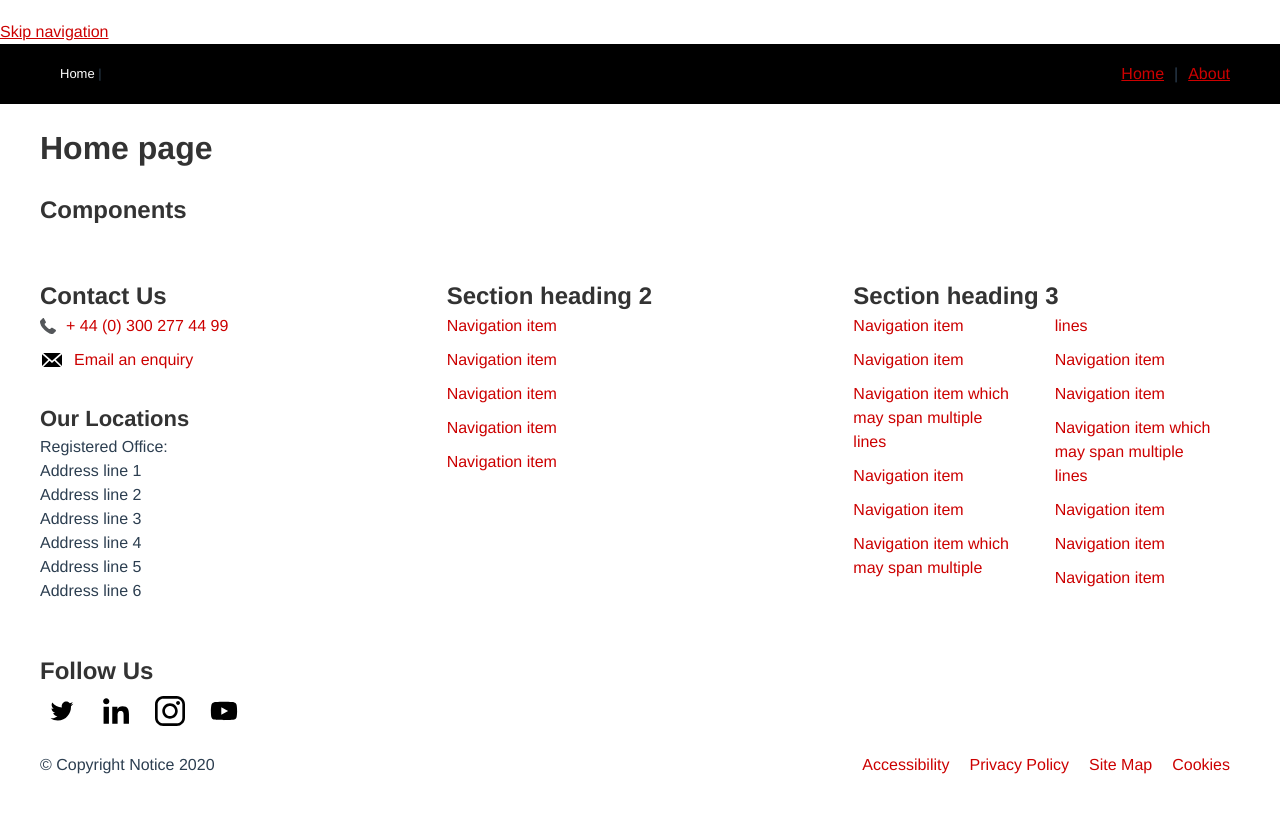
Repository: DaveBaulch/spa
Page: /
The author's editor kept a copy of each file at every save. The page is drawn from the files as they stood at one save, then again after a run of saves.
The browser window is 1280 px wide. The pictures show the whole page.
The project was rebuilt for these pictures with package versions that can differ from the ones it lists, and the page was loaded fresh each time. Also part of the build but not shown: src/assets/styles/main.css.

Above is the page before, as saved 2020-10-13 12:41:28.

### src/App.vue
<template>
  <div id="app">
    <TheSkipLink>
      <p>Skip navigation</p>
    </TheSkipLink>
    <TheHeader @sidenavToggle="displaySidenav = !displaySidenav" />
    <TheSidenav
      :show="displaySidenav"
      @close="displaySidenav = false" />
    <nuxt/>

    <router-view />

    <TheFooter />

  </div>
</template>

<script>
import TheHeader from './components/global/TheHeader.vue';
import TheSidenav from '@/components/global/TheSidenav'
import TheFooter from '@/components/global/TheFooter'
import TheSkipLink from '@/components/global/TheSkipLink'

export default {
  components: {
    TheHeader,
    TheSidenav,
    TheFooter,
    TheSkipLink
  },
  data() {
    return {
      displaySidenav: false
    }
  }
};
</script>

<style lang="scss">
#app {
  font-family: Avenir, Helvetica, Arial, sans-serif;
  -webkit-font-smoothing: antialiased;
  -moz-osx-font-smoothing: grayscale;
  text-align: left;
  color: #2c3e50;
}

#nav {
  padding: 30px;

  a {
    font-weight: bold;
    color: #2c3e50;

    &.router-link-exact-active {
      color: #42b983;
    }
  }
}
</style>

### src/assets/sass/_base-styles.scss

@import 'utilities/variables';
@import 'utilities/mixins';
@import 'utilities/animations';

@import 'base/fonts';
@import 'base/resets';
@import 'base/elements';
@import 'base/typography';
@import 'base/forms';

@import 'helpers/text';
@import 'helpers/layout';
@import 'helpers/spacing';
@import 'helpers/colors';

### src/components/global/TheHeader.vue
<template>
<div class="header-container">
  <div class="container">
    <header class="header">
      <TheSideNavToggle @toggle="$emit('sidenavToggle')" />
      <div class="logo">
        <router-link to="/">Home</router-link> |
      </div>
      <div class="navigation-items">
        <ul class="nav-list">
          <router-link to="/" class="nav-list__item">Home</router-link> |
          <router-link to="/about" class="nav-list__item">About</router-link>
        </ul>
      </div>
    </header>
  </div>
</div>
</template>

<script>
import TheSideNavToggle from "@/components/global/TheSideNavToggle";

export default {
  name: "TheHeader",
  components: {
    TheSideNavToggle
  }
};
</script>

<style scoped lang="scss">
@import '../../assets/sass/utilities/_variables.scss';
@import '../../assets/sass/utilities/_mixins.scss';


.header-container {
  width: 100%;
  height: 60px;
  background-color: $black;
  position: fixed;
  z-index: 100;

  @include breakpoint(md) {
    position: relative;
  }
}

.header {
  width: 100%;
  height: 60px;
  display: flex;
  justify-content: space-between;
  align-items: center;
  background-color: $black;
  box-sizing: border-box;
  padding: 0;
}

.logo {
  margin: 0 20px;
  font-size: 1.3rem;
}

.logo a {
  text-decoration: none;
  color: $white;
}

.navigation-items {
  display: none;

  @include breakpoint(md) {
    display: block;
  }
}


.nav-list {
  list-style: none;
  padding: 0;
  margin: 0;
  display: flex;
}

.nav-list__item {
  margin: 0 10px;
}

.nav-item a {
  text-decoration: none;
  color: $white;
}

</style>

### src/components/global/TheSidenav.vue
<template>
<div class="sidenav-container">
  <div
    v-if="show"
    class="sidenav-backdrop"
    @click="$emit('close')"></div>
  <transition name="slide-side">
    <div
      v-if="show"
      class="sidenav">
      <ul
        class="nav-list"
        @click="$emit('close')">
        <li class="nav-item"><router-link to="/">Home</router-link></li>
        <li class="nav-item"><router-link to="/about">About</router-link></li>
      </ul>
    </div>
  </transition>
</div>
</template>

<script>
export default {
  name: "TheSidenav",
  props: {
    show: {
      type: Boolean,
      default: false
    }
  }
};
</script>


<style scoped>
.sidenav-container {
  height: 100%;
  width: 100%;
}

.sidenav-backdrop {
  width: 100%;
  height: 100%;
  background-color: rgba(0, 0, 0, 0.7);
  z-index: 1000;
  position: fixed;
  top: 0;
  left: 0;
}

.sidenav {
  height: 100%;
  width: 300px;
  background-color: white;
  z-index: 10000;
  position: fixed;
  top: 0;
  left: 0;
  box-sizing: border-box;
  padding: 30px;
}

.slide-side-enter-active,
.slide-side-leave-active {
  transition: all 0.3s ease-out;
}
.slide-side-enter,
.slide-side-leave-to {
  transform: translateX(-100%);
}

.nav-list {
  list-style: none;
  padding: 0;
  margin: 0;
}

.nav-item {
  margin: 20px 0;
}

.nav-item a {
  text-decoration: none;
  color: black;
  font-size: 1.5rem;
}

.nav-item a:hover,
.nav-item a:active {
  color: red;
}
</style>

### src/components/global/TheSkipLink.vue
<template>
  <a href="#main" id="skip-navigation" class="skip-link"><slot /></a>
</template>

<style scoped lang="scss">
@import '../../assets/sass/utilities/_variables.scss';

.skip-link {
  padding: 0.5rem 1rem 1rem 1rem;
  background-color: $white;
  display: block;
  position: absolute;
  top: -100%;
  left: 2px;
  z-index: $z-index-skip-link;
  text-decoration: none !important;

  &:focus {
    top: 2px;
    transition: $transition-speed-fast ease all;
    color: $black;
  }
}

.skip-link:visited {
  color: $black;
}

### src/views/Home.vue
<template>
  <div class="container home">
    <h1>Home page</h1>

    <h2>Components</h2>


  </div>
</template>

<script>
// @ is an alias to /src
// import HelloWorld from "@/components/HelloWorld.vue";

export default {
  name: "Home",
  components: {
    // HelloWorld
  }
};
</script>

### src/assets/sass/utilities/_variables.scss
// -------------------------
// 'true' is default
//  setting this creates extra responsive classes targetting defined breakpoints
//  eg the 'visually-hidden' mixin
$responsive: true !default;

// Custom 'brand' fonts
$font: 'Open Sans', sans-serif; //Available weights 400,600,700

$font-weight-light: 400;
$font-weight-normal: 400;
$font-weight-bold: 700;

// Let's set the base font size to 62.5% (10px) for easier calculations
$base-font-size: 62.5%;
$base-line-height: 1.5 !default;

$body-font-desktop: 1.6rem; // = 16px
$body-font-mobile: 1.6rem; // = 16px

// Breakpoints
// -------------------------

// Named breakpoints
$breakpoint-xs: 320px;
$breakpoint-sm: 576px;
$breakpoint-md: 768px;
$breakpoint-lg: 992px;
$breakpoint-xl: 1200px;

$xs-min: 0;
$xs-max: ($breakpoint-sm - 1);

$sm-min: $breakpoint-sm;
$sm-max: ($breakpoint-md - 1);

$md-min: $breakpoint-md;
$md-max: ($breakpoint-lg - 1);

$lg-min: $breakpoint-lg;
$lg-max: ($breakpoint-xl - 1);

$xl-min: $breakpoint-xl;

// Colors
// -------------------------

// Base colors
$white: #fff;
$black: #000;

$grey-dark: #616161;
$grey-light: #ddd;
$grey-lighter: #eee;

$blue: #06c;
$green: #298700;
$red: #db1731;

// Background color
$body-bg-color: #fff !default;

// Brand colors
$brand-color-1: $grey-light;

// Text colors
$color-text: #333;
$color-headings: #333;
$color-error: #eee;

// Link colors
$color-link-active: #c00;
$color-link-visited: #c00;
$color-link-hover: #333;
$color-link-focus: #d4d4d4;
$color-link-disabled: #d4d4d4;

// Form colors
$color-invalid: #f0dddd;

// Borders
// -------------------------

// Border colors
$color-border: $grey-light;
$color-border-dark: $grey-dark;
$color-border-light: $grey-lighter;

// Border styling
$border-radius: 5px;
$border-width: 1px;
$border-style: solid;
$border-color: $color-border;

$border: $border-width $border-style $border-color;

// Focus state styling
$focus-outline-width: 2px;
$focus-outline-style: solid;
$focus-outline-color: $red;
$focus-outline: $focus-outline-width $focus-outline-style $focus-outline-color;
$focus-outline-offset: 0;

// Default projext transitions
$transition-speed: 0.4s;
$transition-easing: ease;

// some different speed variables
$transition-speed-slow: 1.2s;
$transition-speed-medium: 0.8s;
$transition-speed-fast: 0.2s;

// z-index scale (private vars)
// Do not edit the z-index scale!
// --------------------------------------------------
$z-index-1: 100;
$z-index-2: 200;
$z-index-3: 300;
$z-index-4: 400;
$z-index-5: 500;
$z-index-6: 600;
$z-index-7: 700;
$z-index-8: 800;
$z-index-9: 900;
$z-index-10: 1000;

### src/assets/sass/utilities/_mixins.scss
@mixin fill {
  width: 100%;
  height: 100%;
}

@mixin imageCover {
  object-fit: cover;
  @include fill;
}

@mixin absoluteFill {
  display: block;
  position: absolute;
  top: 0;
  left: 0;
  @include fill;
}

@mixin textGradient($top: $brand-primary, $bottom: $brand-light) {
  background: linear-gradient($top, $bottom);
  background-clip: text;
  -webkit-text-fill-color: transparent;
}

// accessible text
@mixin sr-only {
  border: 0 !important;

  height: 1px !important;
  margin: (-1px) !important;
  overflow: hidden !important;
  padding: 0 !important;
  position: absolute !important;
  width: 1px !important;
}

// breakpoints
// uses breakpoints defined in variables.scss
@mixin breakpoint($point, $value: 0) {
  @if $point==xs {
    @media screen and (max-width: $xs-max) {
      @content;
    }
  } @else if $point==sm {
    @media screen and (min-width: $sm-min) {
      @content;
    }
  } @else if $point==md {
    @media screen and (min-width: $md-min) {
      @content;
    }
  } @else if $point==lg {
    @media screen and (min-width: $lg-min) {
      @content;
    }
  } @else if $point==xl {
    @media screen and (min-width: $xl-min) {
      @content;
    }
  } @else {
    @media screen and ($point: $value) {
      @content;
    }
  }
}

@mixin between-breakpoints($min, $max) {
  @media screen and (min-width: $min) and (max-width: $max) {
    @content;
  }
}

@mixin full-width {
  width: 100vw;
  position: relative;
  left: 50%;
  right: 50%;
  margin-left: -50vw;
  margin-right: -50vw;
}

### src/assets/sass/utilities/_animations.scss
@keyframes fadeIn {
    from {
      opacity: 0;
      visibility: hidden;
    }
    to {
      opacity: 1;
      visibility: visible;
    }
  }

@keyframes fadeOut {
    from {
      opacity: 1;
      visibility: visible;
    }
    to {
      opacity: 0;
      visibility: hidden;
    }
  }

@keyframes slideTop {
  0% {
    transform: translateY(100px);
  }
  100% {
    transform: translateY(0);
  }
}

@mixin fadeIn($duration: 0.3s) {
  animation: {
    name: fadeIn;
    fill-mode: forwards;
    duration: #{$duration};
  }
}

@mixin fadeOut($duration: 0.3s) {
  animation: {
    name: fadeOut;
    fill-mode: forwards;
    duration: #{$duration};
  }
}

### src/assets/sass/base/_fonts.scss
// @font-face {
//   font-family: 'hurme';
//   src: url('~assets/fonts/hurme/hurme-light.otf') format('opentype');
//   font-weight: $font-weight-light;
// }

// @font-face {
//   font-family: 'hurme';
//   src: url('~assets/fonts/hurme/hurme-regular.otf') format('opentype');
//   font-weight: $font-weight-normal;
// }

// @font-face {
//   font-family: 'hurme';
//   src: url('~assets/fonts/hurme/hurme-semiBold.otf') format('opentype');
//   font-weight: $font-weight-bold;
// }

### src/assets/sass/base/_resets.scss
html {
  //Prevent iOS input highlighting
  box-sizing: border-box;
  font-size: $base-font-size;
  -webkit-tap-highlight-color: rgba(0, 0, 0, 0);
}

body {
  -moz-osx-font-smoothing: grayscale;
  -webkit-font-smoothing: antialiased;
  background-color: $body-bg-color;
  color: $color-text;
  font-size: $body-font-mobile;
  line-height: $base-line-height;
  text-align: left;
  margin: 0;
  padding: 0;
  font-weight: $font-weight-light;

  @include breakpoint(lg) {
    font-size: $body-font-desktop;
  }
}

html,
body {
  max-width: 100% !important;
  overflow-x: hidden !important;
}

img {
  display: block;
  height: auto;
  -ms-interpolation-mode: bicubic;
  // option to make images responsive by default
  max-width: 100%;
}

### src/assets/sass/base/_elements.scss
button {
  cursor: pointer;
  margin: 0;
}

img {
  max-width: 100%;
  pointer-events: none;

  &:not([src]) {
    visibility: hidden;
  }
}

a {
  text-decoration: none;
  color: inherit;
}

ul:not([class]) {
  list-style: disc;
}

ol:not([class]) {
  list-style: decimal;
}

### src/assets/sass/base/_typography.scss
body {
  font-family: $font;
  font-weight: $font-weight-normal;
}

// Generic heading styling

h1,
h2,
h3,
h4,
h5 {
  margin: 0;
  padding: 0;
  margin-top: 2rem;
  color: $color-headings;
  font-weight: $font-weight-bold;
}

h1 {
  font-size: 3rem;

  @include breakpoint(lg) {
    font-size: 3.2rem;
  }
}

h2 {
  font-size: 2.2rem;

  @include breakpoint(lg) {
    font-size: 2.4rem;
  }
}

h3 {
  font-size: 2rem;

  @include breakpoint(lg) {
    font-size: 2.2rem;
  }
}

h4 {
  font-size: 1.8rem;

  @include breakpoint(lg) {
    font-size: 2rem;
  }
}

h5 {
  font-size: 1.6rem;

  @include breakpoint(lg) {
    font-size: 1.8rem;
  }
}

// Link styles

a {
  color: $color-link-active;
  text-decoration: underline;
}

a:visited {
  color: $color-link-visited;
}

a:hover {
  color: $color-link-hover;
}

a:focus {
  color: $color-link-hover;
  outline: $focus-outline;
}

// Standard text paragraphs

p {
  margin: 2rem 0 0 0;
  padding: 0;
}

// List styles
ol,
ul {
  margin: 0;
  padding: 0;
  list-style: none;

  &:not([class]) {
    margin: 0 1.22rem 0.8rem 1.5rem;
    list-style-position: inside;
  }
}

ol:not([class]) {
  list-style-type: decimal;
}

ul:not([class]) {
  list-style-type: disc;
}

// Definition list styles

dl {
}

dt {
  font-weight: bold;
}

// Opinionated styling of typographic elements

hr {
  height: 1px;
  margin: 1em 0;
  padding: 0;
  display: block;
  border: 0;
  border-top: 1px solid $grey-light;
}

blockquote {
  margin: 0;
  padding: 0 10px;
}

ins {
  background: $red;
  color: $black;
  text-decoration: none;
}

mark {
  font-style: italic;
  font-weight: bold;
}

pre {
  white-space: pre-wrap;
  word-wrap: break-word;
}

### src/assets/sass/helpers/_text.scss
.uppercase {
  text-transform: uppercase;
}

.font-light {
  font-weight: $font-weight-light;
}

.font-normal {
  font-weight: $font-weight-normal;
}

.font-bold {
  font-weight: $font-weight-bold;
}

.sr-only {
  @include sr-only;
}

### src/assets/sass/helpers/_layout.scss
.container {
  width: 100%;
  max-width: 1200px;
  margin: 0 auto;
  padding: 0;
  position: relative;
  // border: 1px solid #f0f;
  padding: 0 15px;
}

.row {
  display: grid;
  grid-template-columns: repeat(12, 1fr);
  grid-gap: 20px;
  // border: 1px solid lime;
}

### src/assets/sass/helpers/_spacing.scss
.no-padding {
  padding: 0;
}

.no-margin {
  margin: 0;
}

### src/assets/sass/helpers/_colors.scss
// .bg-white {
//   background-color: $brand-white;
// }
// .bg-white-alt {
//   background-color: $brand-white-alt;
// }
// .bg-black {
//   background-color: $brand-black;
// }
// .bg-primary {
//   background-color: $brand-primary;
// }
// .bg-primary-alt {
//   background-color: $brand-primary-alt;
// }
// .bg-dark {
//   background-color: $brand-dark;
// }
// .bg-dark-alt {
//   background-color: $brand-dark-alt;
// }
// .bg-light {
//   background-color: $brand-lightest;
// }
// .bg-light-alt {
//   background-color: $brand-light-alt;
// }

### src/components/global/TheSocialSharing.vue
<template>
  <div class="social-links-wrapper">
    <h2 class="social-links-title">Follow Us</h2>
    <ul class="social-links">
      <li class="social-links__item">
        <TheSocialSharingItem>
          <img src="@/assets/images/svg/icon-twitter.svg" width="30" height="30" />
          <span class="sr-only">Twitter</span>
        </TheSocialSharingItem>
      </li>
      <li class="social-links__item">
        <TheSocialSharingItem>
          <img src="@/assets/images/svg/icon-linkedin.svg" width="30" height="30" />
          <span class="sr-only">LinkedIn</span>
        </TheSocialSharingItem>
      </li>
      <li class="social-links__item">
        <TheSocialSharingItem>
          <img src="@/assets/images/svg/icon-instagram.svg" width="30" height="30" />
          <span class="sr-only">Instagram</span>
        </TheSocialSharingItem>
      </li>
      <li class="social-links__item">
        <TheSocialSharingItem href="https://www.youtube.com/">
          <img src="@/assets/images/svg/icon-youtube.svg" width="30" height="30" />
          <span class="sr-only">You Tube</span>
        </TheSocialSharingItem>
      </li>
    </ul>
  </div>
</template>

<script>
import TheSocialSharingItem from "@/components/global/TheSocialSharingItem";

export default {
  name: "TheSocialSharing",
  components: {
    TheSocialSharingItem,
  },
  data() {
  },
};
</script>

<style scoped lang="scss">
@import '../../assets/sass/utilities/_variables.scss';

.social-links {
  margin: 0 auto;
  list-style: none;
  display: flex;
}

.social-links__item {
  margin: 0 1rem 0 0;
}

</style>

### src/components/global/TheSocialSharingItem.vue
<template>
  <a :href="href"
    class="social-sharing-item"
    ><slot /></a>
</template>

<script>
export default {
  name: 'TheSocialSharingItem',
  props: {
    href: {
      type: String,
      default: ''
    }
  }
}
</script>


<style scoped lang="scss">
@import '../../assets/sass/utilities/_variables.scss';

.social-sharing-item {
  display: flex;
  align-items: center;
  justify-content: center;
  width: 44px;
  height: 44px;

  &:hover,
  &:focus {
    color: $color-link-hover;
    text-decoration: underline;
  }
}
</style>

Loaded but not shown: public/index.html (common file); src/registerServiceWorker.js (common file); src/router/index.js (common file); src/store/index.js (common file); src/components/global/TheSideNavToggle.vue (common file); src/main.js (17 lines, source omitted); src/assets/sass/base/_forms.scss (498 lines, source omitted); src/components/global/TheFooter.vue (313 lines, source omitted)

After the next 2 saves:
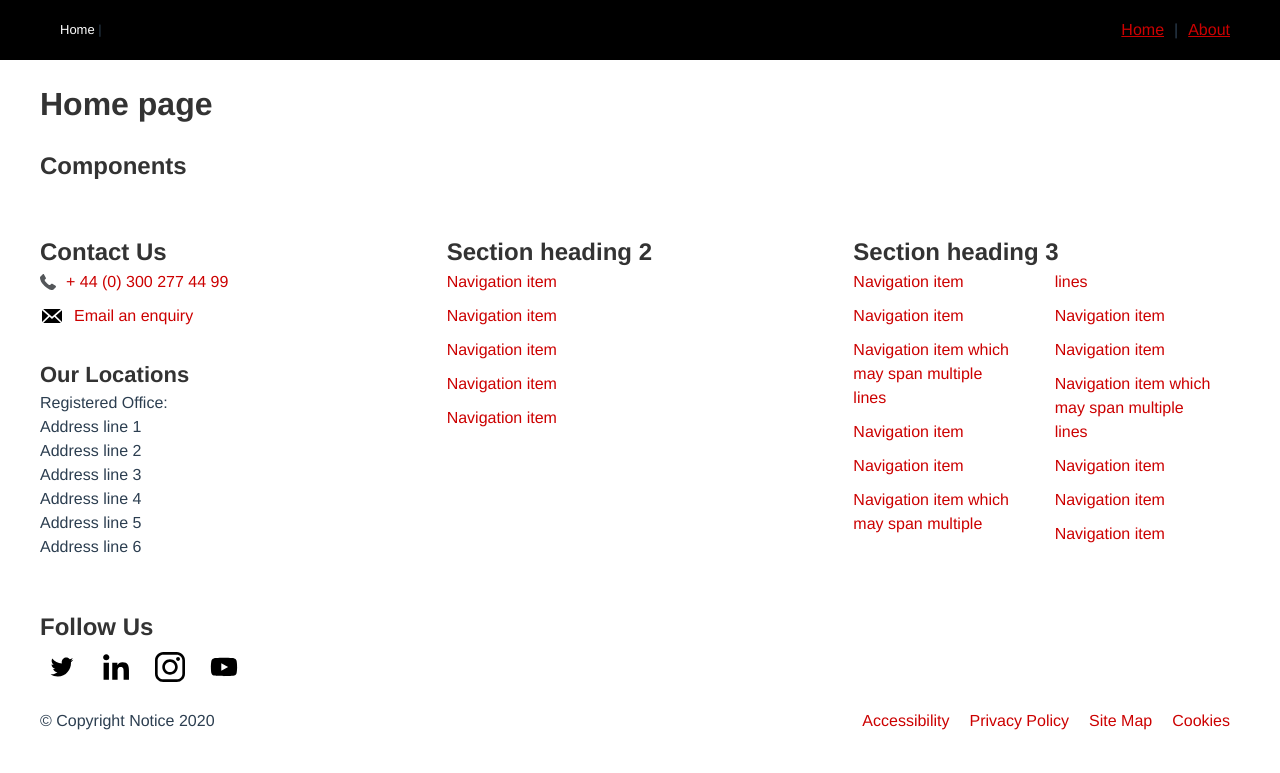
The 2 saves are shown as one change because 1 did not build or start.
The last was saved 2 min 2 s later.
--- a/src/components/global/TheSkipLink.vue
+++ b/src/components/global/TheSkipLink.vue
@@ -12,7 +12,7 @@
   position: absolute;
   top: -100%;
   left: 2px;
-  z-index: $z-index-skip-link;
+  z-index: 100;
   text-decoration: none !important;
 
   &:focus {
@@ -25,3 +25,4 @@
 .skip-link:visited {
   color: $black;
 }
+</style>
